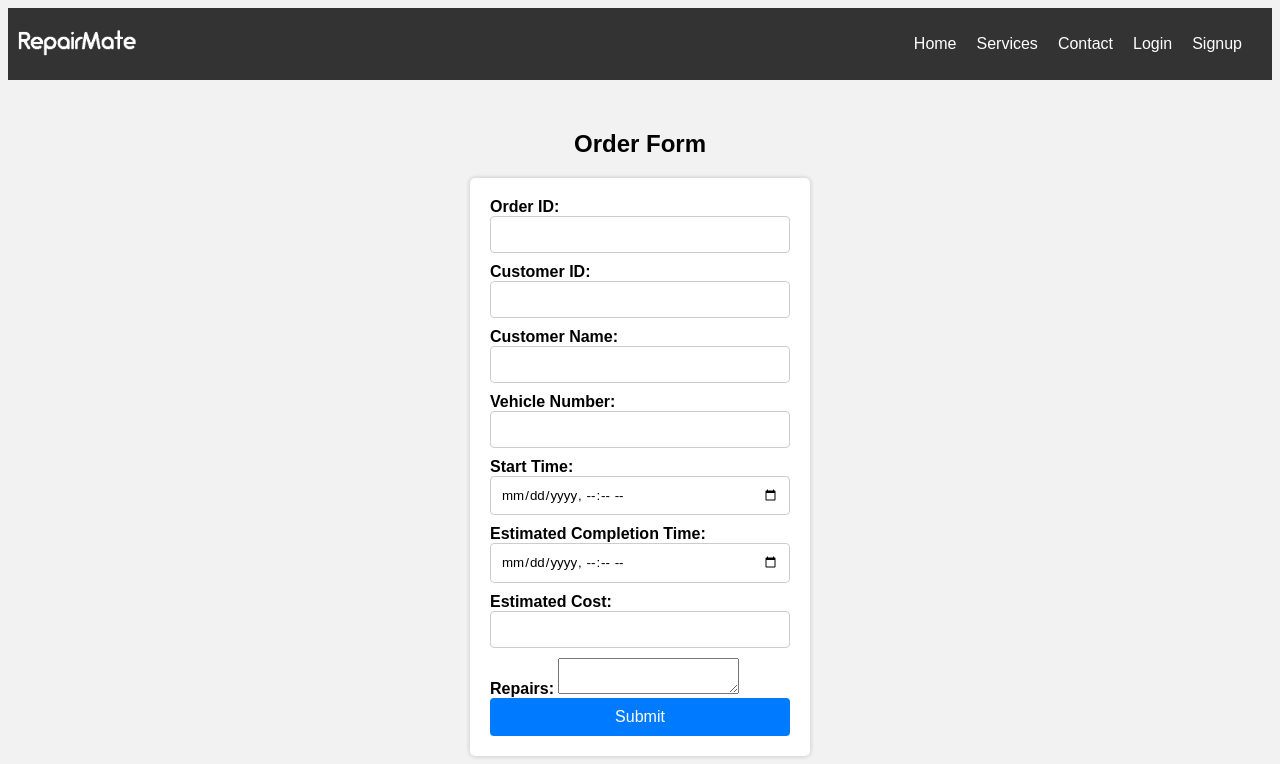
Repository: rohann12/RepairMate
Page: http://localhost/Garage/JSP/order.jsp
The author's editor kept a copy of each file at every save. The page is drawn from the files as they stood at one save, then again after the next save.
The browser window is 1280 px wide. The pictures show the whole page.
The page is served by Tomcat 9.

Above is the page before, as saved 2023-06-17 17:07:18.

After the next save:
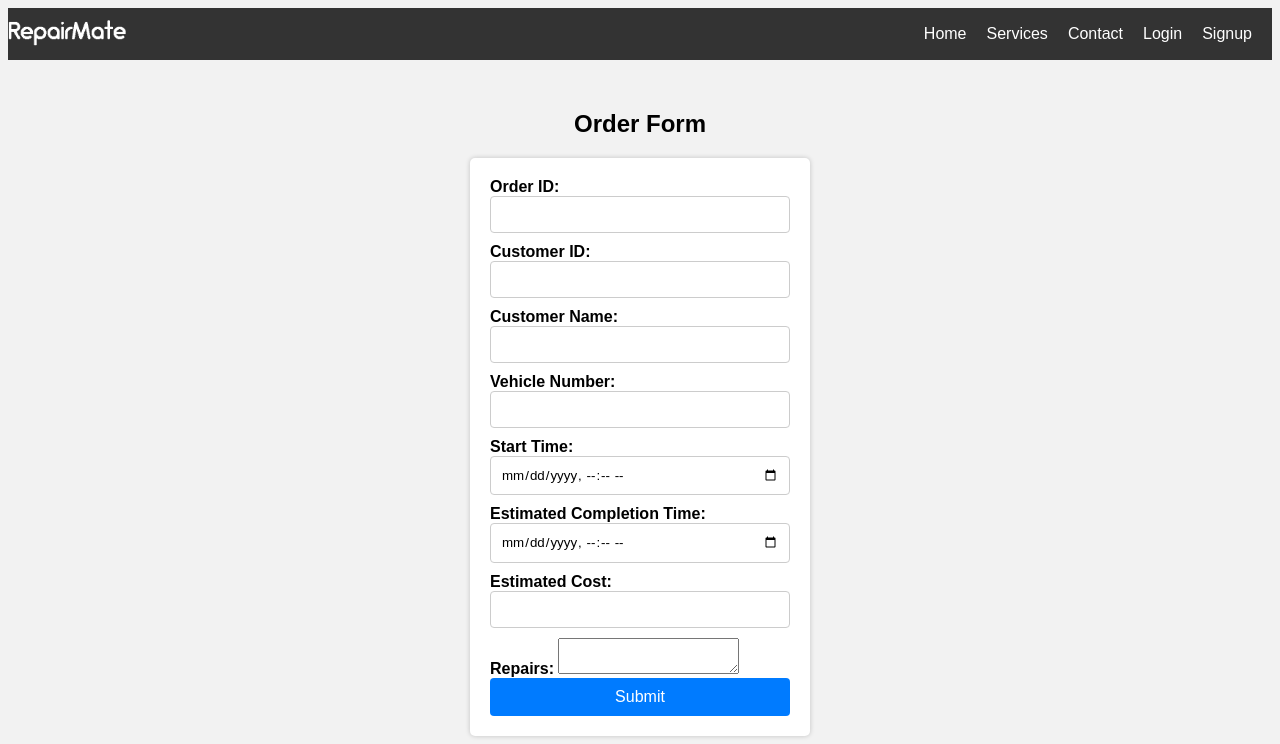
Saved 64 s later.
--- a/Garage/src/main/webapp/JSP/nav.jsp
+++ b/Garage/src/main/webapp/JSP/nav.jsp
@@ -4,7 +4,7 @@
 <style>
 nav {
   background-color: #333;
-  padding: 10px;
+  /* padding: 10px; */
   display: flex;
   justify-content: space-between;
   align-items: center;

After the save that followed:
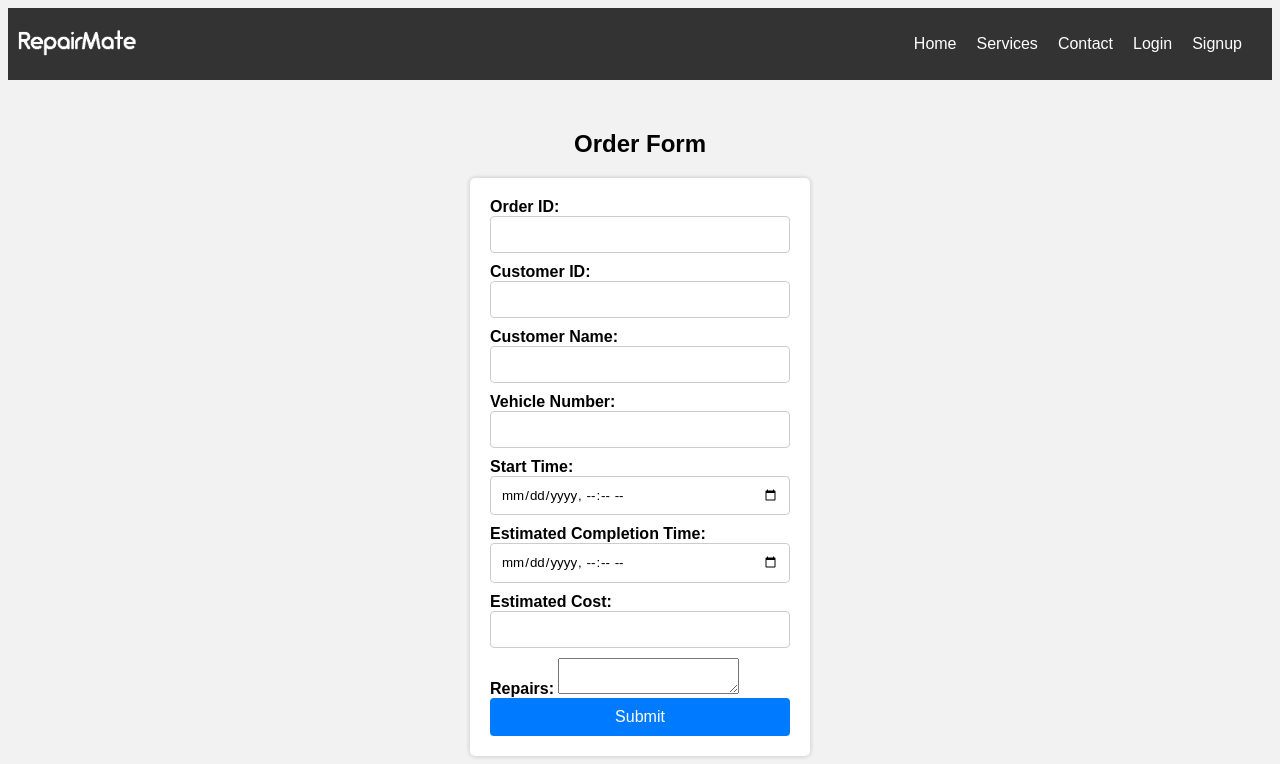
Saved 9 s later.
--- a/Garage/src/main/webapp/JSP/nav.jsp
+++ b/Garage/src/main/webapp/JSP/nav.jsp
@@ -4,7 +4,7 @@
 <style>
 nav {
   background-color: #333;
-  /* padding: 10px; */
+  padding: 10px;
   display: flex;
   justify-content: space-between;
   align-items: center;
